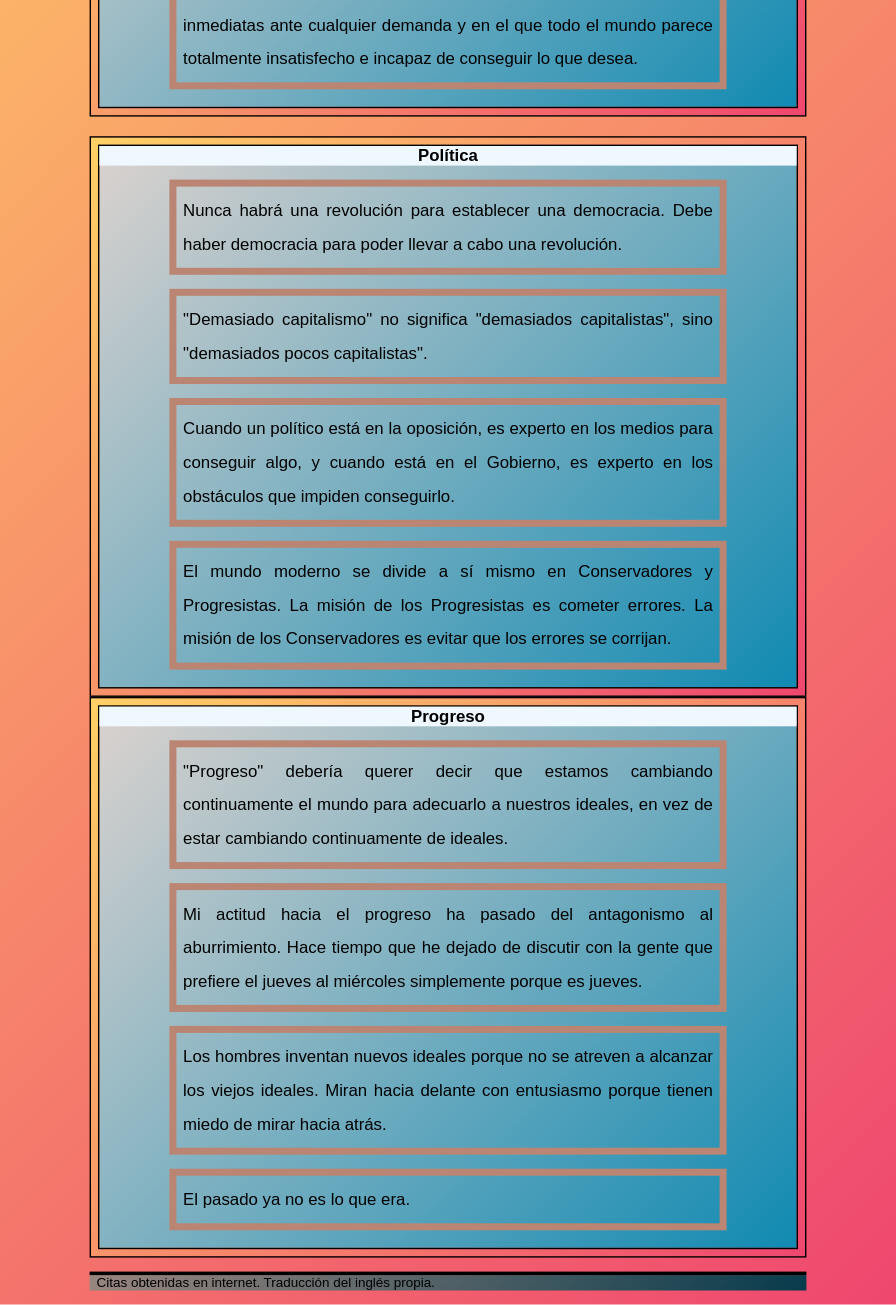
Repository: EmilyMachuca-Developer/Advanced-Programming-Projects
Page: index.html
An editor plug-in stored every save of this project. The page is shown before and after a run of saves, followed by the edit.
The browser window is 1280 px wide. The pictures show the part of the page from y = 851 to 2771 px (the page is 2715 px tall before and 2771 px after), at 70% of full size.

Above is the page before, as saved 2024-02-26 20:55:44.

### index.html
<html lang="es">
<head>
<meta charset="utf-8">
<link rel="stylesheet" href="Taller 2/css/style.css">
<title>Emily Machuca</title>
</head>

<body>
    <div style="background-color: rgb(150, 202, 185);">
        <h1>Citas de Gilbert Keith Chesterton</h1> <br><br>
        <p><strong>Gilbert Keith Chesterton</strong> (Londres, 29 de mayo de 1874 - Beaconsfield, 14 de junio de 1936), más conocido como G. K. Chesterton, fue un escritor y periodista británico de inicios del siglo XX, calificado a menudo como el "príncipe de las paradojas". Cultivó, entre otros géneros, el ensayo, la narración, la biografía, la lírica, el periodismo y el libro de viajes.</p>
        <p>Su personaje más famoso es el Padre Brown, un sacerdote católico de apariencia ingenua, cuya agudeza psicológica hace de él un detective formidable, y que protagonizó más de cincuenta historias reunidas en cinco volúmenes, publicados entre 1911 y 1935.</p>
    </div>
    <main><section><div style="background-color: aliceblue;"><h7><strong><center>Capitalismo</center></strong></h7></div>
        <div><p>Un ciudadano apenas puede distinguir un impuesto de una multa, salvo que la multa suele ser más barata.</p>
            <div><p>"Demasiado capitalismo" no significa "demasiados capitalistas", sino "demasiados pocos capitalistas".</p></div>
            <div><p>El capitalismo es ese sistema comercial que proporciona respuestas inmediatas ante cualquier demanda y en el que todo el mundo parece totalmente insatisfecho e incapaz de conseguir lo que desea.</p></div>
        </div></section></main> <br>

        <main><section><div style="background-color: aliceblue;"><h7><strong><center>Política</center></strong></h7></div>
            <div><p>Nunca habrá una revolución para establecer una democracia. Debe haber democracia para poder llevar a cabo una revolución.</p>
                <div><p>"Demasiado capitalismo" no significa "demasiados capitalistas", sino "demasiados pocos capitalistas".</p></div>
                <div><p>Cuando un político está en la oposición, es experto en los medios para conseguir algo, y cuando está en el Gobierno, es experto en los obstáculos que impiden conseguirlo.</p></div>
                <div><p>El mundo moderno se divide a sí mismo en Conservadores y Progresistas. La misión de los Progresistas es cometer errores. La misión de los Conservadores es evitar que los errores se corrijan.</p></div>
            </div></section></main>

            <div><main><section><div style="background-color: aliceblue;"><h7><strong><center>Progreso</center></strong></h7></div>
                <div><p>"Progreso" debería querer decir que estamos cambiando continuamente el mundo para adecuarlo a nuestros ideales, en vez de estar cambiando continuamente de ideales.</p>
                    <div><p>Mi actitud hacia el progreso ha pasado del antagonismo al aburrimiento. Hace tiempo que he dejado de discutir con la gente que prefiere el jueves al miércoles simplemente porque es jueves.</p></div>
                    <div><p>Los hombres inventan nuevos ideales porque no se atreven a alcanzar los viejos ideales. Miran hacia delante con entusiasmo porque tienen miedo de mirar hacia atrás.</p></div>
                    <div><p>El pasado ya no es lo que era.</p></div>
                </div></section></main></div>

<footer>Citas obtenidas en internet. Traducción del inglés propia.</footer>
</body>
</html>

### Taller 2/css/style.css
body {
    margin: 10px 10%;
    background: linear-gradient(135deg, #ffd166, #ef476f);
    font-family: sans-serif;
    font-size: 1.5rem;
    text-align: justify;
}

header {
    padding: 0 10px;
    background: linear-gradient(135deg, hwb(0 94% 6% / 0.767), #06d6a0);
    animation: gradientAnimation 8s ease infinite alternate;
}

main {
    display: block;
    border: rgb(0, 0, 0) 2px solid;
    padding: 10px;
    background: linear-gradient(135deg, #ffd166, #ef476f);
}

section {
    padding-bottom: 5px;
    background: linear-gradient(135deg, hwb(17 81% 14%), #118ab2);
    border: rgb(0, 0, 0) 2px solid;
    animation: gradientAnimation 8s ease infinite alternate;
}

section + section {
    margin-top: 40px;
}

h2 {
    margin: 0;
    padding-left: 10px;
    background-color: white;
}

section p {
    border: hwb(16 45% 27%)10px solid;
    margin: 20px 10%;
    padding: 10px;
    color: rgb(0, 0, 0);
    line-height: 200%;
}

footer {
    border-top: black 5px solid;
    margin: 20px 0;
    padding: 0 10px;
    background: linear-gradient(135deg, hwb(15 50% 40%), #073b4c);
    font-size: 1.2rem;
    animation: gradientAnimation 8s ease infinite alternate;
}

@keyframes gradientAnimation {
    0% {
        background-position: 0% 50%;
    }
    100% {
        background-position: 100% 50%;
    }
}

After the next 3 saves:
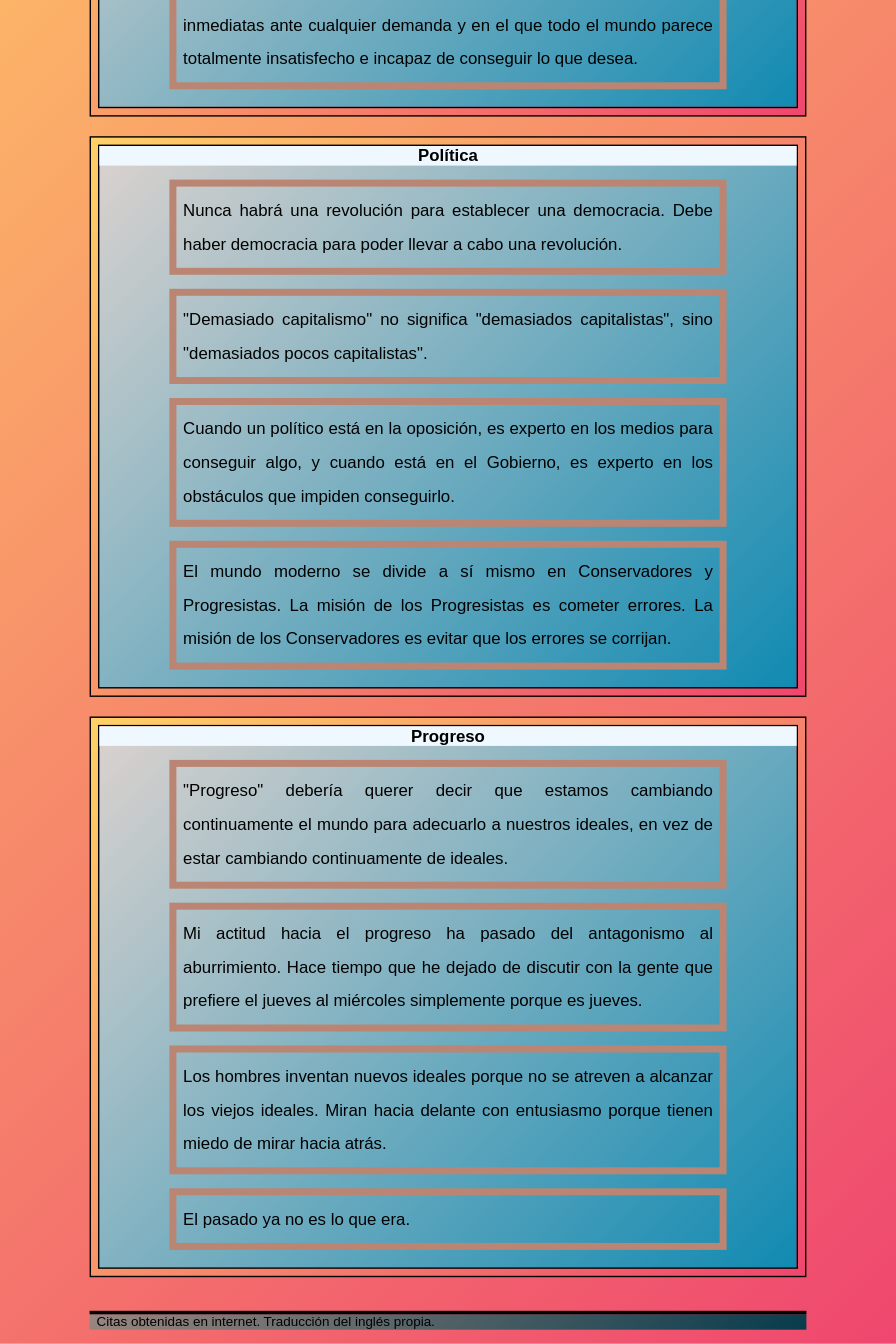
The 3 saves are shown as one change because they came seconds apart.
The last was saved 16 s later.
--- a/index.html
+++ b/index.html
@@ -22,14 +22,14 @@
                 <div><p>"Demasiado capitalismo" no significa "demasiados capitalistas", sino "demasiados pocos capitalistas".</p></div>
                 <div><p>Cuando un político está en la oposición, es experto en los medios para conseguir algo, y cuando está en el Gobierno, es experto en los obstáculos que impiden conseguirlo.</p></div>
                 <div><p>El mundo moderno se divide a sí mismo en Conservadores y Progresistas. La misión de los Progresistas es cometer errores. La misión de los Conservadores es evitar que los errores se corrijan.</p></div>
-            </div></section></main>
+            </div></section></main> <br>
 
             <div><main><section><div style="background-color: aliceblue;"><h7><strong><center>Progreso</center></strong></h7></div>
                 <div><p>"Progreso" debería querer decir que estamos cambiando continuamente el mundo para adecuarlo a nuestros ideales, en vez de estar cambiando continuamente de ideales.</p>
                     <div><p>Mi actitud hacia el progreso ha pasado del antagonismo al aburrimiento. Hace tiempo que he dejado de discutir con la gente que prefiere el jueves al miércoles simplemente porque es jueves.</p></div>
                     <div><p>Los hombres inventan nuevos ideales porque no se atreven a alcanzar los viejos ideales. Miran hacia delante con entusiasmo porque tienen miedo de mirar hacia atrás.</p></div>
                     <div><p>El pasado ya no es lo que era.</p></div>
-                </div></section></main></div>
+                </div></section></main><br></div>
 
 <footer>Citas obtenidas en internet. Traducción del inglés propia.</footer>
 </body>
